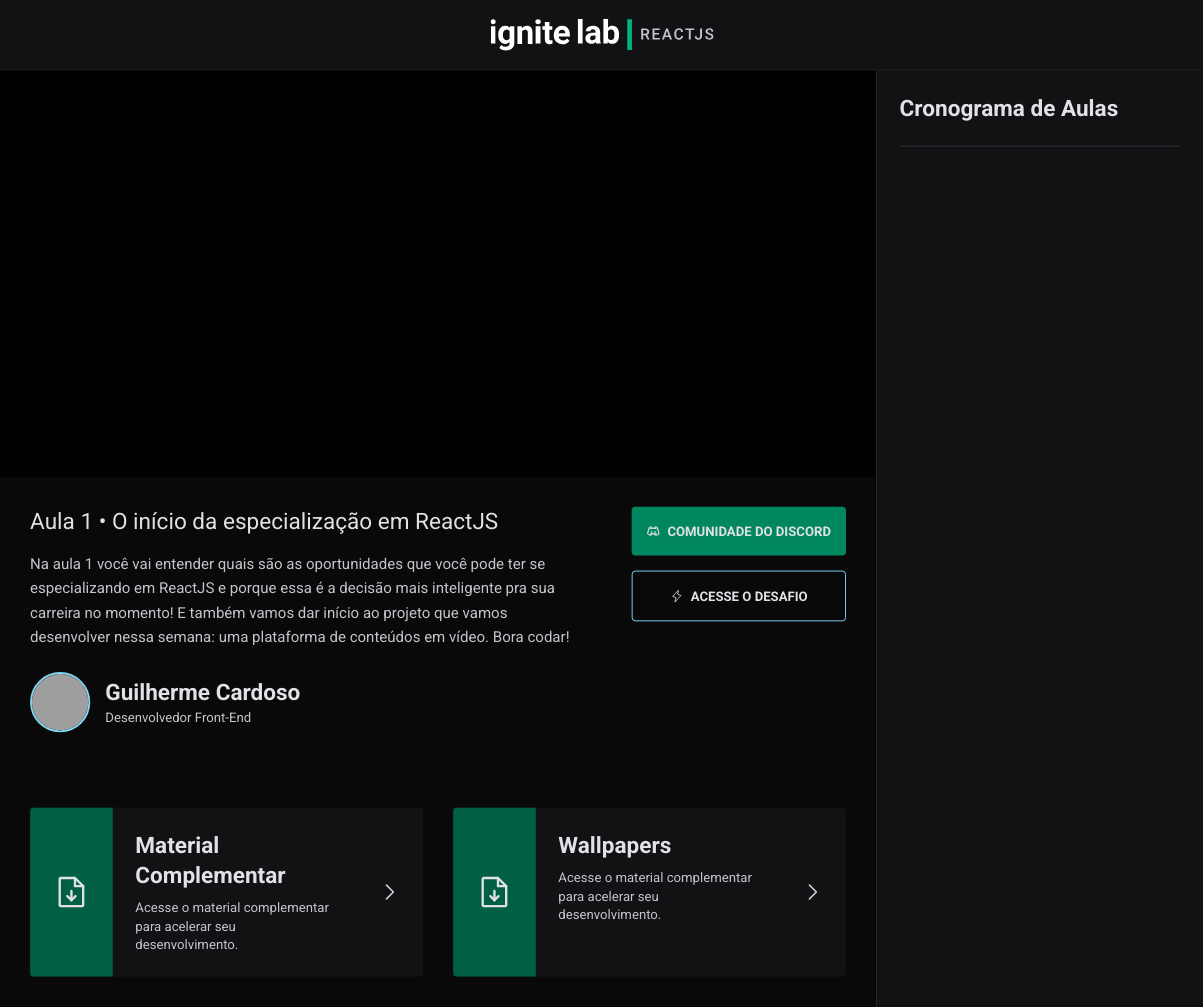
Repository: guilhermecardoso93/ignitelab
Page: /
An editor plug-in stored every save of this project. The page is shown before and after the next save, followed by the edit.
The browser window is 1280 px wide. The pictures show the whole page, at 94% of full size.
Pictures or frames that could not be fetched are drawn as grey boxes. The page's requests for data from a server got no answer. The project was rebuilt for these pictures with package versions that can differ from the ones it lists, and the page was loaded fresh each time. No one was signed in, and anything a server would have sent is missing. Also part of the build but not shown: vite.config.ts, src/components/Lesson/index.tsx.

Above is the page before, as saved 2022-06-23 20:51:51.

### index.html
<!DOCTYPE html>
<html lang="en">
  <head>
    <meta charset="UTF-8" />
    <link rel="icon" type="image/svg+xml" href="/src/favicon.svg" />
    <link rel="preconnect" href="https://fonts.googleapis.com" />
    <link rel="preconnect" href="https://fonts.gstatic.com" crossorigin />
    <link
      href="https://fonts.googleapis.com/css2?family=Roboto:wght@400;500;700&display=swap"
      rel="stylesheet"
    />
    <meta name="viewport" content="width=device-width, initial-scale=1.0" />
    <title>Ignite Lab</title>
  </head>
  <body>
    <div id="root"></div>
    <script type="module" src="/src/main.tsx"></script>
  </body>
</html>

### src/main.tsx
import { ApolloProvider } from "@apollo/client";
import React from "react";
import ReactDOM from "react-dom/client";
import { App } from "./App";
import { client } from "./lib/apollo";

import "./styles/global.css";

ReactDOM.createRoot(document.getElementById("root")!).render(
  <React.StrictMode>
    <ApolloProvider client={client}>
      <App />
    </ApolloProvider>
  </React.StrictMode>
);

### src/App.tsx
import { Event } from "./pages/Event";

export function App() {
  return (
    <div>
      <Event />
    </div>
  );
}

### src/lib/apollo.ts
import { ApolloClient, InMemoryCache } from "@apollo/client";

export const client = new ApolloClient({
  uri: "https://api-sa-east-1.graphcms.com/v2/cl4orc0220r0201xnfce43eoi/master",
  cache: new InMemoryCache()
});

### src/pages/Event.tsx
import { Header } from "../components/Header";
import { Sidebar } from "../components/Sidebar";
import { Video } from "../components/Video";

export function Event() {
  return (
    <div className="flex flex-col min-h-screen">
      <Header />
      <main className="flex flex-1">
        <Video />
        <Sidebar />
      </main>
    </div>
  );
}

### src/components/Header/index.tsx
import { Logo } from "../Logo";

export function Header() {
  return (
    <header className='w-full py-5 flex items-center justify-center bg-gray-700 border-b border-gray-600'>
      <Logo/>
    </header>
  );
}

### src/components/Sidebar/index.tsx
import { gql, useQuery } from "@apollo/client";
import { Lesson } from "../Lesson";

const GET_LESSONS_QUERY = gql`
  query {
    lessons(orderBy: availableAt_ASC, stage: PUBLISHED) {
      id
      lessonType
      availableAt
      title
      slug
    }
  }
`;

interface GetLessonsQueryResponse {
  lessons: {
    id: string;
    title: string;
    slug: string;
    availableAt: string;
    lessonType: "live" | "class";
  }[];
}

export function Sidebar() {
  const { data } = useQuery<GetLessonsQueryResponse>(GET_LESSONS_QUERY);

  return (
    <aside className="w-[348px] bg-gray-700 p-6 border-l border-gray-600">
      <span className="font-bold text-2xl pb-6 mb-6 border-b border-gray-500 block">
        Cronograma de Aulas
      </span>

      <div className="flex flex-col gap-8">
        { data?.lessons.map( lesson => {
          return (
            <Lesson
            key={lesson.id}
            title={lesson.title}
            slug={lesson.slug}
            availableAt={new Date(lesson.availableAt)}
            type={lesson.lessonType}
          />
          )
        })}
      </div>
    </aside>
  );
}

### src/components/Video/index.tsx
import {
  CaretRight,
  DiscordLogo,
  FileArrowDown,
  Lightning
} from "phosphor-react";

export function Video() {
  return (
    <div className="flex-1 ">
      <div className="bg-black flex justify-center">
        <div className="h-full w-full max-w-[1100px] max-h-[60vh] aspect-video"></div>
      </div>

      <div className="p-8 max-w-[1100px] mx-auto">
        <div className="flex items-start gap-16">
          <div className="flex-1">
            <h1 className="text-2xl fot-bold">
              Aula 1 • O início da especialização em ReactJS
            </h1>
            <p className="mt-4 text-gray-200 leading-relaxed">
              Na aula 1 você vai entender quais são as oportunidades que você
              pode ter se especializando em ReactJS e porque essa é a decisão
              mais inteligente pra sua carreira no momento! E também vamos dar
              início ao projeto que vamos desenvolver nessa semana: uma
              plataforma de conteúdos em vídeo. Bora codar!
            </p>
            <div className="flex items-center gap-4 mt-6">
              <img
                src="https://github.com/guilhermecardoso93.png"
                alt=""
                className="h-16 w-16 rounded-full border-2 border-blue-500"
              />
              <div className="leading-relaxed">
                <strong className="font-bold text-2xl block">
                  Guilherme Cardoso
                </strong>
                <span className="text-gray-200 text-sm block">
                  Desenvolvedor Front-End
                </span>
              </div>
            </div>
          </div>

          <div className="flex flex-col gap-4">
            <a
              href="http://"
              className="p-4 text-sm bg-green-500 flex items-center rounded font-bold uppercase gap-2 justify-center hover:bg-green-700 transition-colors"
            >
              <DiscordLogo />
              comunidade do discord
            </a>
            <a
              href="http://"
              className="p-4 text-sm border border-blue-500 flex items-center rounded font-bold uppercase gap-2 justify-center hover:bg-blue-500 hover:text-gray-900 transition-colors"
            >
              <Lightning />
              Acesse o desafio
            </a>
          </div>
        </div>

        <div className="gap-8 mt-20 grid grid-cols-2">
          <a
            href=""
            className="bg-gray-700 rounded overflow-hidden flex items-stretch gap-6 hover:bg-gray-600 transition-colors"
          >
            <div className="bg-green-700 h-full p-6 flex items-center">
              <FileArrowDown size={40} />
            </div>
            <div className="py-6 leading-relaxed">
              <strong className="text-2xl">Material Complementar</strong>
              <p className="text-sm text-gray-200 mt-2">
                Acesse o material complementar para acelerar seu
                desenvolvimento.
              </p>
            </div>
            <div className="h-full p-6 flex items-center">
              <CaretRight size={24} />
            </div>
          </a>
          <a
            href=""
            className="bg-gray-700 rounded overflow-hidden flex items-stretch gap-6 hover:bg-gray-600 transition-colors"
          >
            <div className="bg-green-700 h-full p-6 flex items-center">
              <FileArrowDown size={40} />
            </div>
            <div className="py-6 leading-relaxed">
              <strong className="text-2xl">Wallpapers</strong>
              <p className="text-sm text-gray-200 mt-2">
                Acesse o material complementar para acelerar seu
                desenvolvimento.
              </p>
            </div>
            <div className="h-full p-6 flex items-center">
              <CaretRight size={24} />
            </div>
          </a>
        </div>
      </div>
    </div>
  );
}

### src/components/Logo/index.tsx
export function Logo() {
  return (
    <svg
      xmlns="http://www.w3.org/2000/svg"
      width="237"
      height="34"
      fill="none"
      viewBox="0 0 237 34"
    >
      <path
        fill="#fff"
        d="M.002 3.112a2.49 2.49 0 01.165-.987c.12-.314.304-.595.535-.83A2.906 2.906 0 012.615.572c.698 0 1.374.257 1.912.723.23.24.412.524.536.837a2.701 2.701 0 010 1.979 2.568 2.568 0 01-.536.837 2.889 2.889 0 01-1.907.723 2.901 2.901 0 01-1.908-.723 2.458 2.458 0 01-.538-.84 2.645 2.645 0 01-.172-.996zm4.96 23.146H.273V7.862h4.689v18.397zM8.012 16.973c0-2.853.686-5.145 2.055-6.883a6.653 6.653 0 015.528-2.606 5.869 5.869 0 014.802 2.09l.2-1.751h4.538v17.95a7.891 7.891 0 01-1.12 4.246 7.243 7.243 0 01-3.147 2.752 11.155 11.155 0 01-4.742.94c-1.378 0-2.74-.279-4.008-.812a7.08 7.08 0 01-2.946-2.11l2.208-3.02a5.905 5.905 0 004.543 2.08 4.356 4.356 0 003.104-1.059 3.938 3.938 0 001.103-2.993v-.994a5.775 5.775 0 01-4.555 1.935 6.647 6.647 0 01-3.05-.652 6.615 6.615 0 01-2.408-1.967c-1.397-1.752-2.085-4.089-2.085-6.942v-.21h-.025l.005.006zm4.997.355a6.723 6.723 0 001.026 3.956 3.233 3.233 0 002.799 1.443c.651.045 1.3-.088 1.878-.39a3.52 3.52 0 001.396-1.305v-7.825a3.448 3.448 0 00-1.374-1.305 3.504 3.504 0 00-1.86-.39 3.28 3.28 0 00-1.61.365 3.22 3.22 0 00-1.219 1.103c-.688.975-1.036 2.418-1.036 4.348zM33.098 7.833l.158 2.196a6.527 6.527 0 012.371-1.927 6.38 6.38 0 012.971-.62c1.97 0 3.438.597 4.39 1.79.953 1.194 1.456 2.936 1.486 5.293v12.249h-4.962V14.683a3.367 3.367 0 00-.684-2.344 3.086 3.086 0 00-1.069-.598 3.008 3.008 0 00-1.211-.13 3.349 3.349 0 00-1.821.454c-.553.32-1.01.794-1.313 1.367v13.37H28.45V7.845l4.647-.012zM47.512 3.112a2.304 2.304 0 01.185-.988 2.42 2.42 0 01.59-.831A3.439 3.439 0 0150.404.57c.772 0 1.52.256 2.117.723.508.486.792 1.142.792 1.826 0 .683-.284 1.34-.792 1.826a3.417 3.417 0 01-2.11.723c-.77 0-1.517-.257-2.11-.723a2.47 2.47 0 01-.594-.839 2.342 2.342 0 01-.19-.994h-.005zm5.483 23.149h-5.18V7.86h5.18v18.4zM62.454 3.334v4.612h3.107v3.677h-3.107v9.382c-.05.53.091 1.063.395 1.495a1.824 1.824 0 001.473.45c.476.002.95-.035 1.421-.114v3.803a9.672 9.672 0 01-2.939.449c-3.398 0-5.128-1.775-5.19-5.32V11.644h-2.642V7.968h2.643V3.356h4.841v-.025l-.002.003zM76.487 27.08a9.277 9.277 0 01-6.759-2.55c-1.74-1.699-2.605-3.957-2.605-6.797v-.494a11.295 11.295 0 011.098-5.08 8.141 8.141 0 013.111-3.465 8.72 8.72 0 014.59-1.22c2.577 0 4.62.815 6.098 2.449 1.478 1.633 2.226 3.94 2.226 6.929v2.055h-12.01a4.665 4.665 0 001.473 2.971 4.487 4.487 0 003.111 1.111 5.426 5.426 0 004.548-2.115l2.476 2.781a7.506 7.506 0 01-3.07 2.507 9.81 9.81 0 01-4.287.916v.002zm-.594-15.514a3.127 3.127 0 00-2.428 1.012 5.405 5.405 0 00-1.188 2.912h7.006v-.405a3.749 3.749 0 00-.908-2.608 3.252 3.252 0 00-2.45-.908h-.03l-.002-.003zM97.771 26.259h-4.957V0h4.957V26.26zM112.209 26.259c-.227-.444-.392-.997-.496-1.659-1.196 1.333-2.751 2.002-4.666 2.002-1.811 0-3.314-.523-4.504-1.572-1.191-1.049-1.786-2.372-1.786-3.966 0-1.96.725-3.464 2.179-4.513 1.453-1.049 3.553-1.58 6.3-1.59h2.273v-1.06c0-.854-.22-1.54-.659-2.051-.44-.513-1.131-.77-2.078-.77-.832 0-1.486.2-1.957.6-.474.4-.708.945-.708 1.64h-4.941c0-1.07.331-2.062.992-2.973.662-.91 1.597-1.626 2.804-2.144 1.206-.518 2.564-.778 4.069-.778 2.28 0 4.089.573 5.429 1.718 1.34 1.145 2.009 2.756 2.009 4.83v8.017c.012 1.754.256 3.082.735 3.983v.29h-4.992l-.003-.004zm-4.086-3.435c.728 0 1.402-.163 2.016-.486.614-.326 1.071-.76 1.367-1.308v-3.181h-1.846c-2.472 0-3.79.854-3.948 2.564l-.017.291c0 .614.217 1.123.649 1.523.434.4 1.026.6 1.779.6v-.003zM136.58 17.183c0 2.963-.632 5.273-1.898 6.931-1.265 1.659-3.032 2.488-5.3 2.488-2.006 0-3.608-.77-4.805-2.308l-.222 1.967h-4.444V.001h4.94v9.418c1.14-1.332 2.638-2 4.496-2 2.256 0 4.025.828 5.308 2.487 1.283 1.658 1.923 3.992 1.923 7v.274l.002.003zm-4.94-.358c0-1.868-.296-3.233-.889-4.094-.592-.861-1.475-1.29-2.65-1.29-1.572 0-2.655.643-3.247 1.932v7.299c.604 1.298 1.697 1.95 3.282 1.95 1.584 0 2.643-.788 3.146-2.36.239-.752.358-1.897.358-3.437z"
      ></path>
      <path
        fill="#C4C4CC"
        d="M164.51 17.501h-2.283v4.53h-2.048v-11.78h4.143c1.36 0 2.408.306 3.149.915.74.61 1.108 1.493 1.108 2.648 0 .787-.19 1.449-.57 1.98-.38.532-.911.94-1.59 1.226l2.646 4.906v.106h-2.194l-2.364-4.531h.003zm-2.283-1.65h2.105c.691 0 1.229-.176 1.619-.524.39-.348.582-.824.582-1.429 0-.604-.18-1.12-.538-1.466-.358-.345-.893-.523-1.606-.533h-2.162V15.85zM179.066 16.773h-4.839v3.625h5.656v1.634h-7.704V10.25h7.648v1.65h-5.6v3.253h4.839v1.62zM189.803 19.29h-4.565l-.955 2.744h-2.127l4.452-11.783h1.836l4.459 11.783h-2.137l-.963-2.744zm-3.99-1.65h3.415l-1.707-4.89-1.708 4.89zM204.716 18.197c-.119 1.256-.583 2.238-1.392 2.941-.81.703-1.885 1.056-3.228 1.056-.938 0-1.764-.222-2.48-.668-.715-.445-1.266-1.079-1.656-1.898-.387-.82-.589-1.772-.607-2.858v-1.1c0-1.11.198-2.09.59-2.937.392-.846.96-1.5 1.695-1.96.736-.458 1.587-.688 2.554-.688 1.301 0 2.347.353 3.139 1.057.792.703 1.254 1.7 1.385 2.99h-2.039c-.096-.846-.343-1.458-.74-1.833-.397-.375-.977-.563-1.745-.563-.89 0-1.574.326-2.05.977-.479.652-.721 1.605-.733 2.863v1.044c0 1.273.227 2.245.683 2.917.457.668 1.123 1.004 2.004 1.004.805 0 1.409-.18 1.814-.543.405-.363.661-.962.77-1.804h2.038l-.002.003zM216.481 11.902h-3.674v10.132h-2.031V11.902h-3.642V10.25h9.347v1.65zM222.759 10.251h2.039v8.262c0 1.127-.353 2.023-1.057 2.687-.703.664-1.633.995-2.788.995-1.229 0-2.179-.311-2.848-.93-.669-.62-1.004-1.484-1.004-2.59h2.038c0 .627.156 1.096.467 1.412.31.316.76.474 1.347.474.55 0 .989-.183 1.315-.545.326-.366.489-.867.489-1.51V10.25h.002zM234.952 18.999c0-.518-.183-.918-.545-1.197-.363-.279-1.022-.563-1.972-.849-.95-.286-1.705-.604-2.265-.955-1.074-.674-1.612-1.555-1.612-2.638 0-.95.388-1.732 1.163-2.347.774-.614 1.779-.922 3.015-.922.819 0 1.55.15 2.194.454a3.597 3.597 0 011.513 1.29c.367.558.55 1.177.55 1.858h-2.038c0-.614-.193-1.095-.578-1.443-.385-.348-.938-.524-1.656-.524-.668 0-1.189.144-1.557.43-.37.286-.555.686-.555 1.197 0 .432.2.792.6 1.08.399.29 1.056.57 1.974.842.918.271 1.653.582 2.208.93.556.348.963.748 1.222 1.197.259.452.387.977.387 1.582 0 .982-.375 1.762-1.127 2.342-.753.58-1.775.87-3.063.87a5.755 5.755 0 01-2.352-.473c-.715-.316-1.27-.75-1.668-1.308-.397-.555-.594-1.204-.594-1.942h2.048c0 .669.222 1.187.664 1.555.441.367 1.075.55 1.902.55.713 0 1.246-.143 1.607-.432.357-.288.538-.671.538-1.145l-.003-.002z"
      ></path>
      <path fill="#00B37E" d="M150.271 33.146h-4.958V.57h4.958v32.576z"></path>
    </svg>
  );
}

### tailwind.config.js
/** @type {import('tailwindcss').Config} */
module.exports = {
  content: ["./src/**/*.tsx"],
  theme: {
    extend: {
      fontFamily: {
        sans: "Roboto, sans-serif"
      },
      colors: {
        green: {
          300: "#00B37E",
          500: "#00875F",
          700: "#015F43"
        },
        blue: {
          500: "#81D8F7"
        },
        orange: {
          500: "#FBA94C"
        },
        red: {
          500: "#F75A68"
        },
        gray: {
          100: "#E1E1E6",
          200: "#C4C4CC",
          300: "#8D8D99",
          500: "#323238",
          600: "#29292E",
          700: "#121214",
          900: "#09090A"
        }
      }
    }
  },
  plugins: []
};

Loaded but not shown: src/styles/global.css (common file)

After the next save:
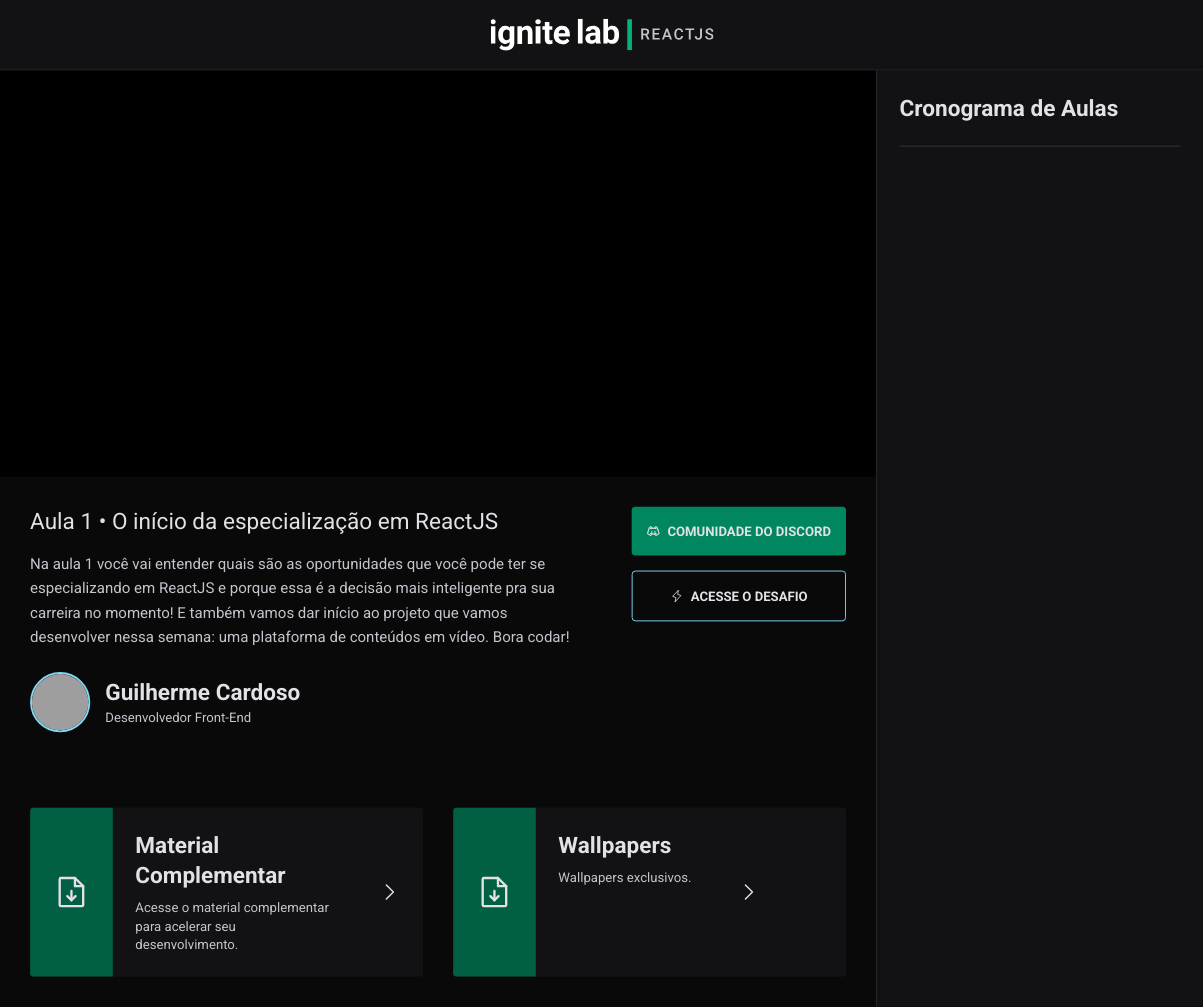
Saved 23 s later.
--- a/src/components/Video/index.tsx
+++ b/src/components/Video/index.tsx
@@ -89,8 +89,7 @@
             <div className="py-6 leading-relaxed">
               <strong className="text-2xl">Wallpapers</strong>
               <p className="text-sm text-gray-200 mt-2">
-                Acesse o material complementar para acelerar seu
-                desenvolvimento.
+                Wallpapers exclusivos.
               </p>
             </div>
             <div className="h-full p-6 flex items-center">
